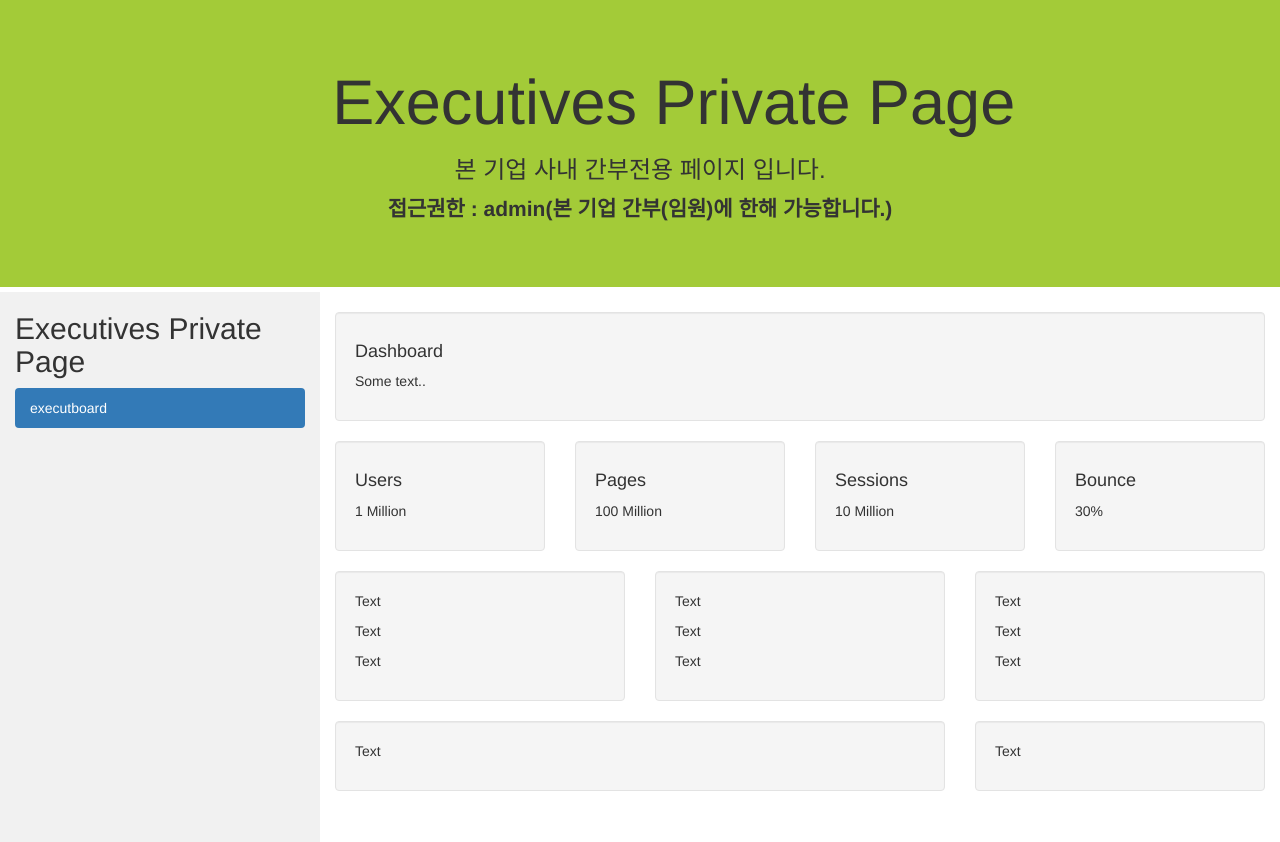
Repository: as2019a/spring
Page: http://localhost/ch19_project_mavenwebsite/WEB-INF/views/executives/maps.jsp
These files come from the project's save history. The page is drawn as it stood at one moment and after the next save; the edit follows.
The browser window is 1280 px wide. The pictures show the whole page.
Some web libraries are served in a nearby version. The page is served by Tomcat 9. Nobody is signed in. The template is opened directly, without the code that normally fills it, so the values that code supplies are empty.

Above is the page before, as saved 2019-01-29 08:55:01.

After the next save:
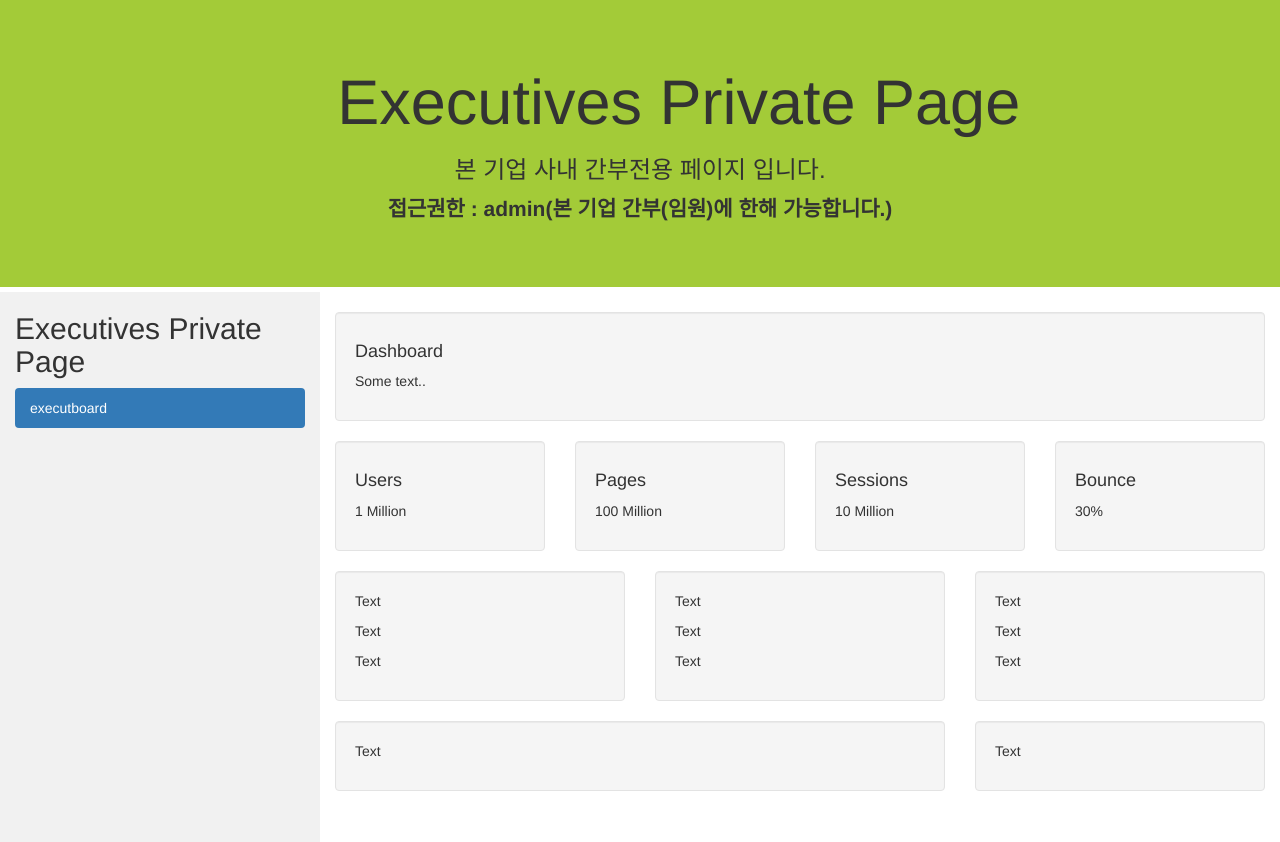
Saved 20 s later.
--- a/ch19_project_mavenwebsite/src/main/webapp/WEB-INF/views/executives/maps.jsp
+++ b/ch19_project_mavenwebsite/src/main/webapp/WEB-INF/views/executives/maps.jsp
@@ -36,7 +36,7 @@
 </head>
 <body>
 	<div class="jumbotron">
-	    <h1><i class="fa fa-diamond" style="font-size:50px"></i> Executives Private Page</h1>
+	    <h1><i class="fa fa-diamond" style="font-size:60px"></i> Executives Private Page</h1>
 	    <h3>본 기업 사내 간부전용 페이지 입니다.</h3>
 	    <p><b>접근권한 : admin(본 기업 간부(임원)에 한해 가능합니다.)</b></p>
 	</div>
